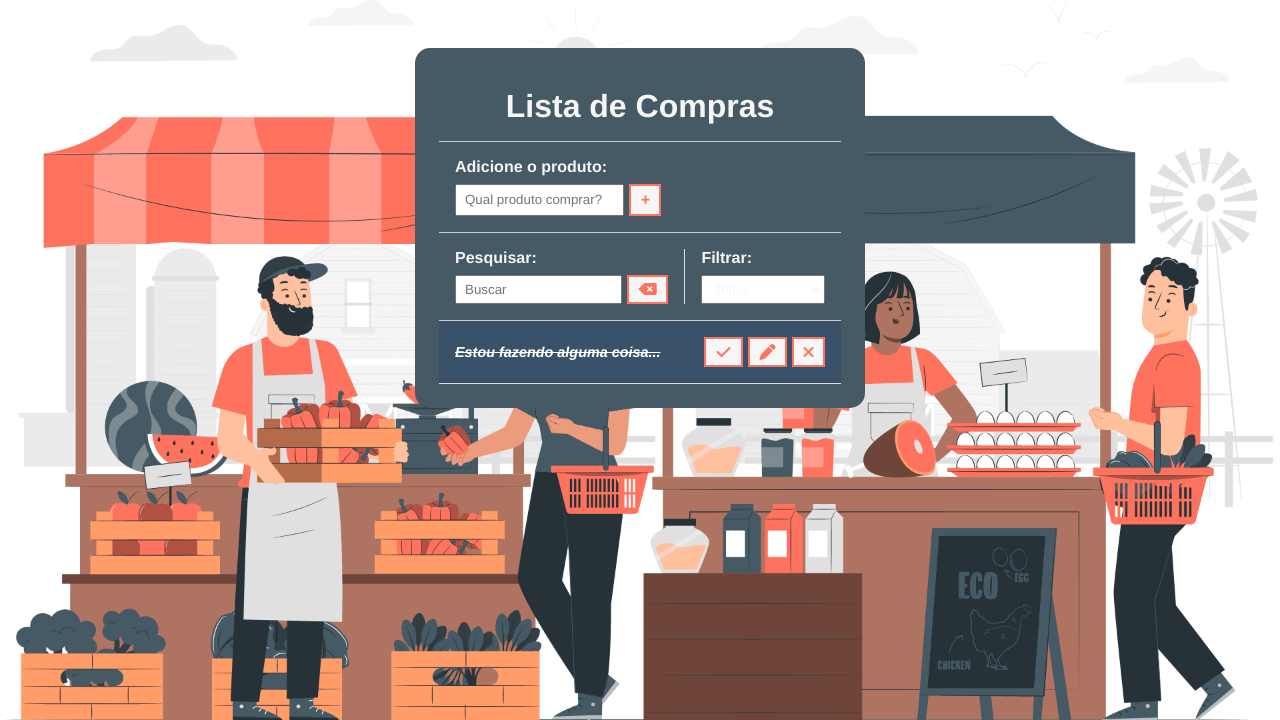
Repository: Dkrvalho/mercado
Page: index.html
The author's editor kept a copy of each file at every save. The page is drawn from the files as they stood at one save, then again after the next save.
The browser window is 1280 px wide. The pictures show the whole page.

Above is the page before, as saved 2023-01-09 15:04:25.

After the next save:
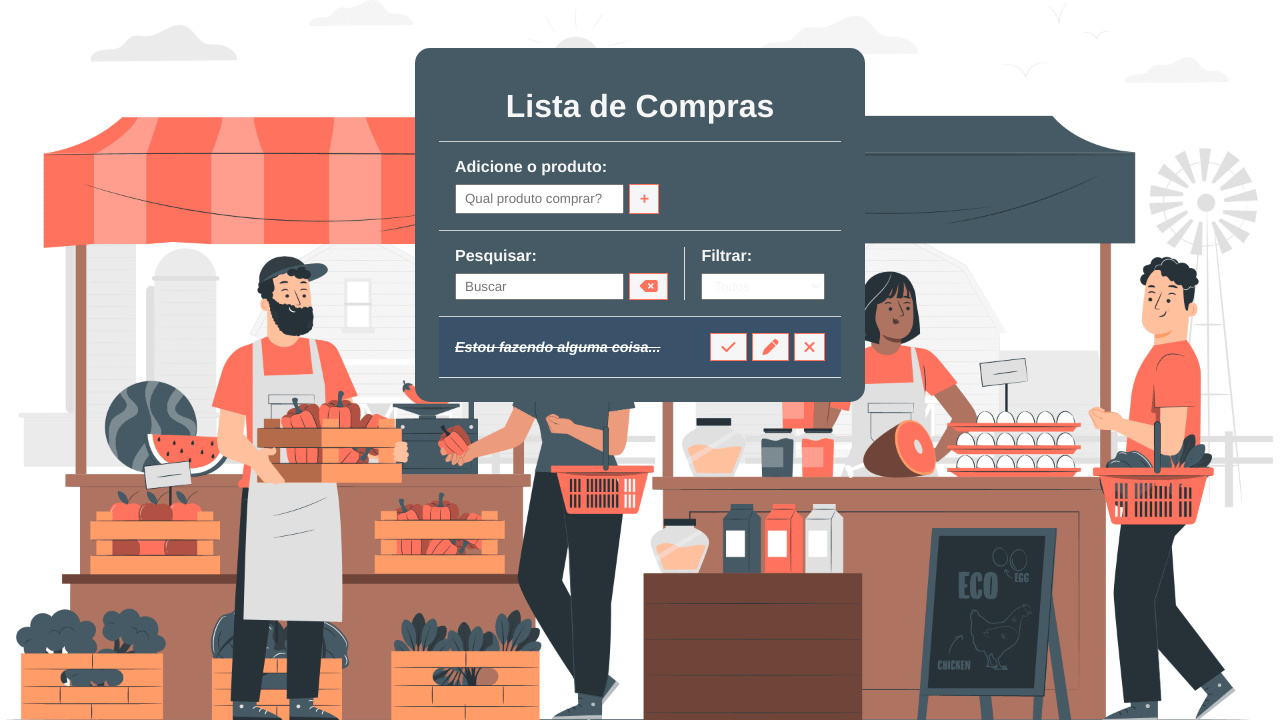
Saved 15 s later.
--- a/css/style.css
+++ b/css/style.css
@@ -18,7 +18,7 @@ html {
 button {
     background-color: #f6f6f6;
     color: #ff725e;
-    border: 2px solid #ff725e;
+    border: 1px solid #ff725e;
     padding: .3rem .6rem;
     font-size: 1rem;
     cursor: pointer;
